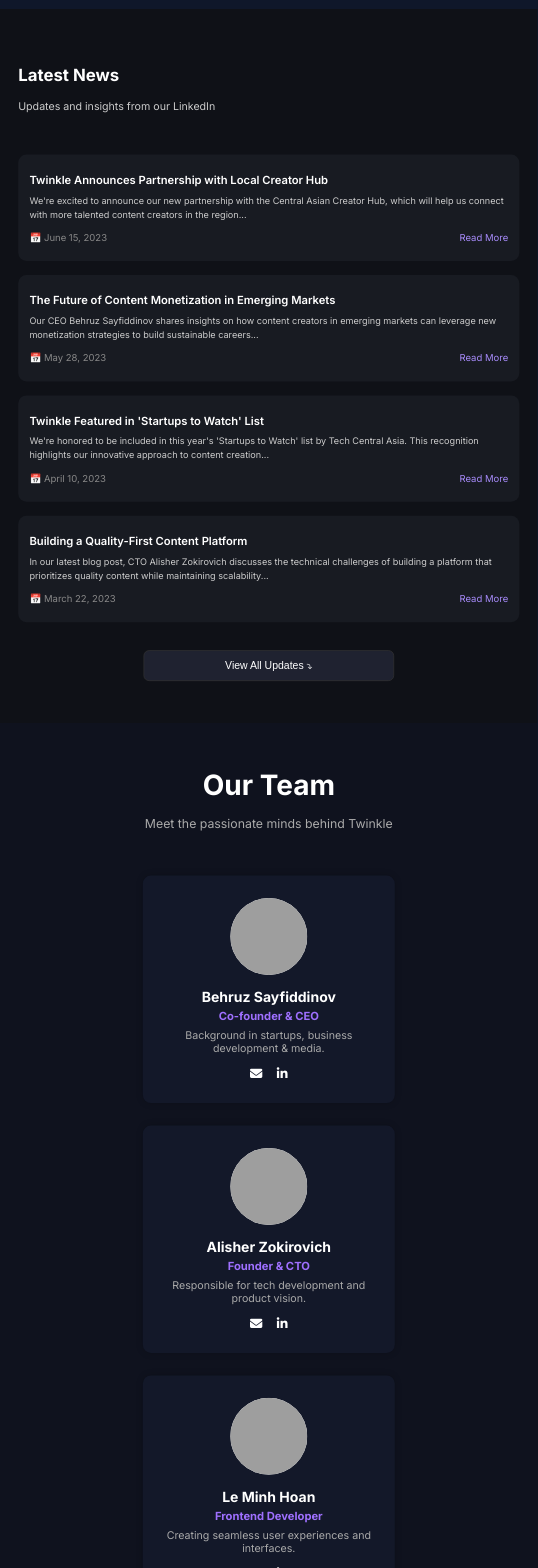
Repository: techboy-33/Twinkle-web
Page: index.html
An editor plug-in stored every save of this project. The page is shown before and after the next save, followed by the edit.
The browser window is 768 px wide. The pictures show the part of the page from y = 1757 to 3997 px (the page is 6747 px tall before and 6779 px after), at 70% of full size.
Pictures or frames that could not be fetched are drawn as grey boxes.

Above is the page before, as saved 2025-05-15 12:19:58.

After the next save:
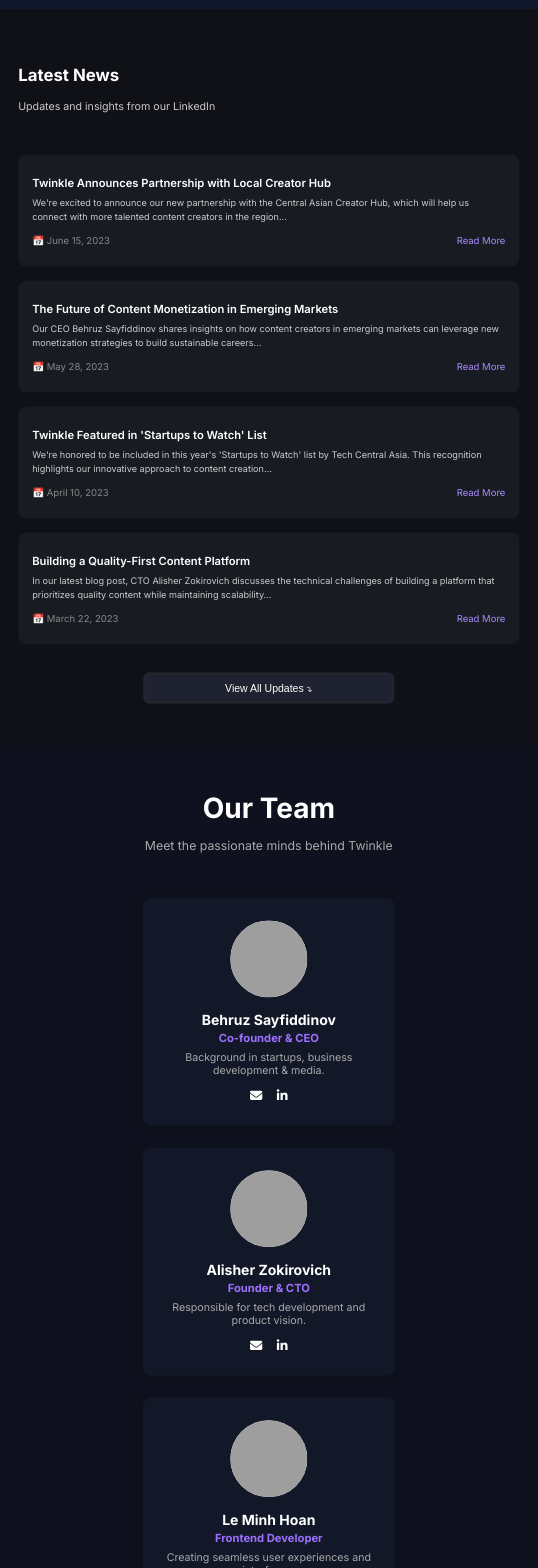
Saved 15 s later.
--- a/responsive.css
+++ b/responsive.css
@@ -151,7 +151,7 @@
     }
 
     .news-card {
-        padding: 26px 16px;
+        padding: 30px 20px;
     }
 
     .news-card h3 {
